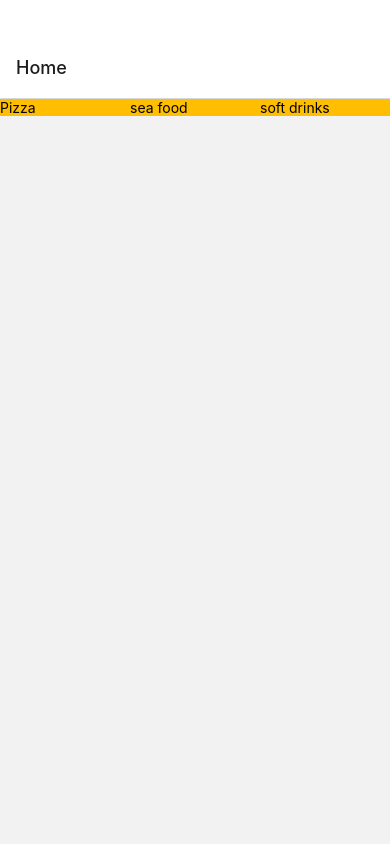
Repository: Esraa22M/ReactNative
Screen: /
An editor plug-in stored every save of this project. The screen is shown before and after the next save, followed by the edit.
The app was drawn by React Native's web renderer in a window 390 px wide. The project was rebuilt for these pictures with package versions that can differ from the ones it lists, and the page was loaded fresh each time. Also part of the build but not shown: src/components/header/header.component.js, src/colors/front-screen-colors/user-auth-colors.js, src/components/header/header.styles.js, src/components/textInput/textInput.styles.js, src/components/textInput/textInput.components.jsx, src/components/singup-form-body/singup-form-body.components.js, src/screens/front-screen/Singup/singup-screen.screens.jsx, src/authentication/api/login-info.js and 2 more.

Above is the screen before, as saved 2023-09-21 00:27:12.

After the next save:
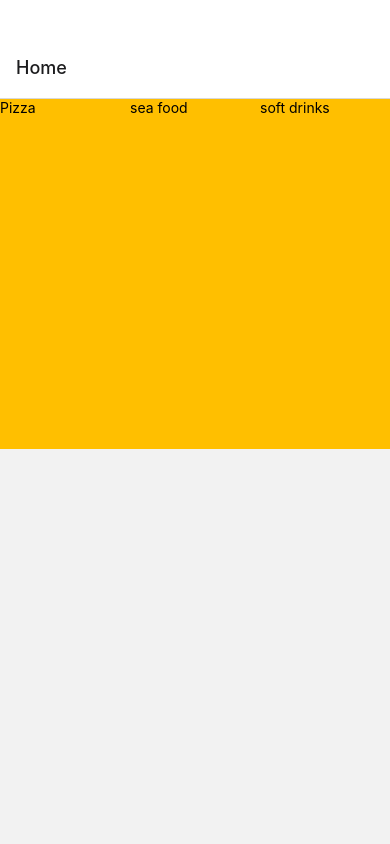
Saved 17 s later.
--- a/src/components/categories/category-item.components.js
+++ b/src/components/categories/category-item.components.js
@@ -10,5 +10,5 @@ export const CategoryItem = ({ item }) => {
   );
 };
 const styles = StyleSheet.create({
-  container: { backgroundColor: "#FFBF00", flex: 1 },
+  container: { backgroundColor: "#FFBF00", flex: 1, height: 350 },
 });
